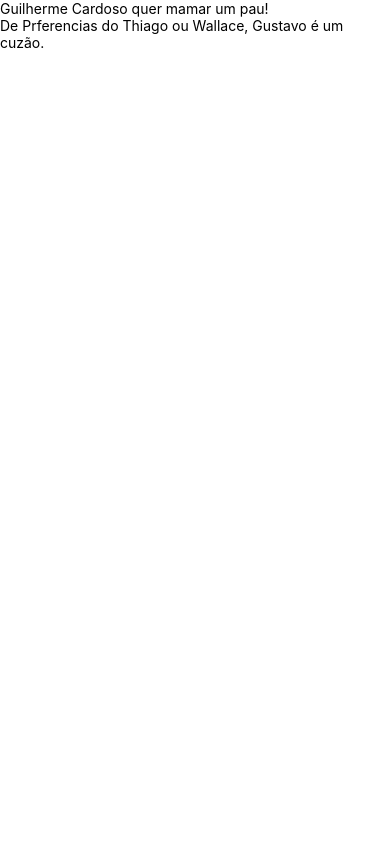
Repository: guilhermecardoso93/reactNative-ignite-imhere
Screen: /
The author's editor kept a copy of each file at every save. The screen is drawn from the files as they stood at one save, then again after the next save.
The app was drawn by React Native's web renderer in a window 390 px wide. The project was rebuilt for these pictures with package versions that can differ from the ones it lists, and the page was loaded fresh each time.

Above is the screen before, as saved 2022-10-02 16:21:46.

### App.tsx
import { Text, View } from "react-native";

export default function App() {
  return (
    <View>
      <Text>Guilherme Cardoso quer mamar um pau!</Text>
      <Text>De Prferencias do Thiago ou Wallace, Gustavo é um cuzão.</Text>
    </View>
  );
}

After the next save:
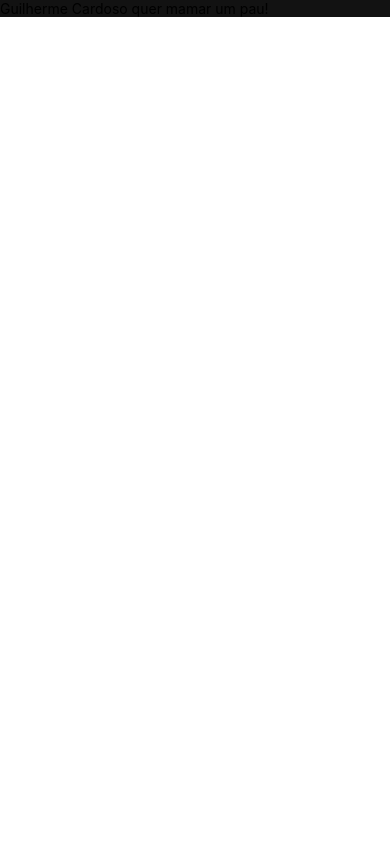
Saved 13 min 16 s later.
--- a/App.tsx
+++ b/App.tsx
@@ -2,9 +2,10 @@ import { Text, View } from "react-native";
 
 export default function App() {
   return (
-    <View>
+    <View style={{
+        backgroundColor: "#121212"
+    }}>
       <Text>Guilherme Cardoso quer mamar um pau!</Text>
-      <Text>De Prferencias do Thiago ou Wallace, Gustavo é um cuzão.</Text>
     </View>
   );
 }
